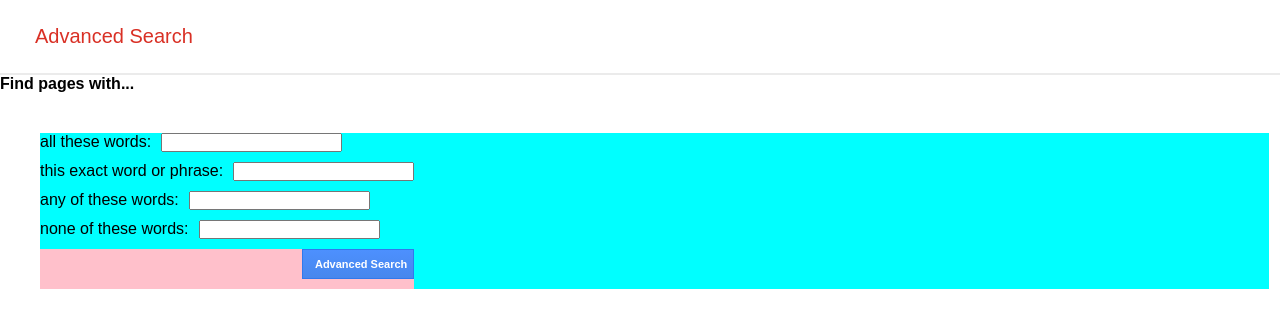
Repository: etentuk/search
Page: advanced_search.html
An editor plug-in stored every save of this project. The page is shown before and after the next save, followed by the edit.
The browser window is 1280 px wide. The pictures show the whole page.

Above is the page before, as saved 2021-11-05 00:39:35.

### advanced_search.html
<!DOCTYPE html>
<html lang="en">

<head>
    <title>Advanced Search</title>
    <link rel="stylesheet" href="styles.css">
</head>

<body>
    <div id="title">
        Advanced Search
    </div>
    <hr class="solid" style="border:1px solid #ebebeb;">
    <h4>Find pages with...</h4>
    <div id="form">
        <form action="https://google.com/search" style="display: table-row;">
            <div style="display: table-row;">
                <div class="form-input">
                    <label for="as_q">all these words: </label>
                    <input type="text" id="as_q" name="as_q">
                </div>
                <div class="form-input">
                    <label for="as_epq">this exact word or phrase: </label>
                    <input type="text" id="as_epq" name="as_epq">
                </div>
                <div class="form-input">
                    <label for="as_oq">any of these words: </label>
                    <input type="text" id="as_oq" name="as_oq">
                </div>
                <div class="form-input">
                    <label for="as_eq">none of these words: </label>
                    <input type="text" id="as_eq" name="as_eq">
                </div>
                <div id="submit">
                    <input type="submit" value="Advanced Search">
                </div>
        </form>
    </div>
</body>

</html>

### styles.css
* {
  margin: 0;
  padding: 0;
  box-sizing: border-box;
  font-family: Arial, sans-serif;
}

#title {
  color: #d93025;
  font-size: 20px;
  margin: 25px 35px;
}

#form {
  /* max-width: 1140px; */
  /* min-width: 100%; */
  background-color: aqua;
  width: 96%;
  margin: 40px;
}

.form-input {
  display: flex;
  flex-direction: row;
}

label {
  padding-right: 10px;
  float: left;
}

label,
input {
  /* float: right; */
  display: table-cell;
  margin-bottom: 10px;
}

#submit {
  text-align: right;
  background-color: pink;
  width: 100%;
}

#submit input {
  border: 1px solid #3079ed;
  box-shadow: none;
  font-size: 11px;
  font-weight: bold;
  color: #fff;
  padding: 8px 12px;
  width: 30%;
  background-color: #4d90fe;
  background-image: -webkit-linear-gradient(top, #4d90fe, #4787ed);
}

After the next save:
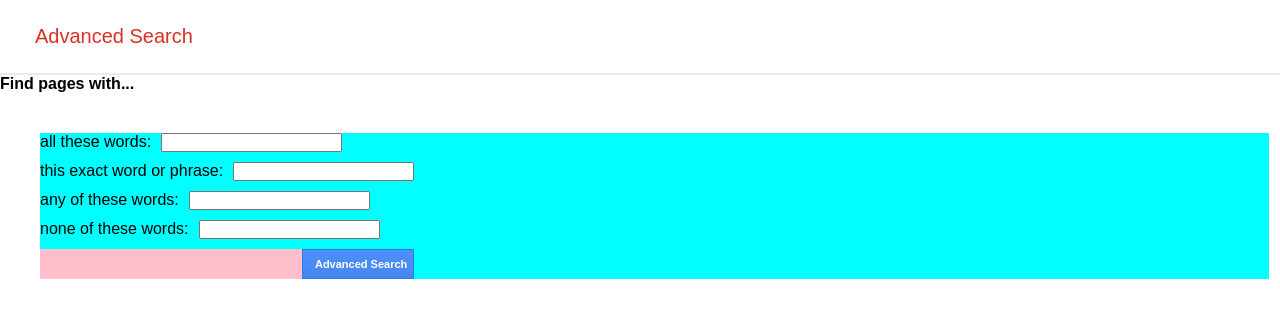
Saved 11 s later.
--- a/styles.css
+++ b/styles.css
@@ -30,7 +30,7 @@ label {
 }
 
 label,
-input {
+.form-input input {
   /* float: right; */
   display: table-cell;
   margin-bottom: 10px;
